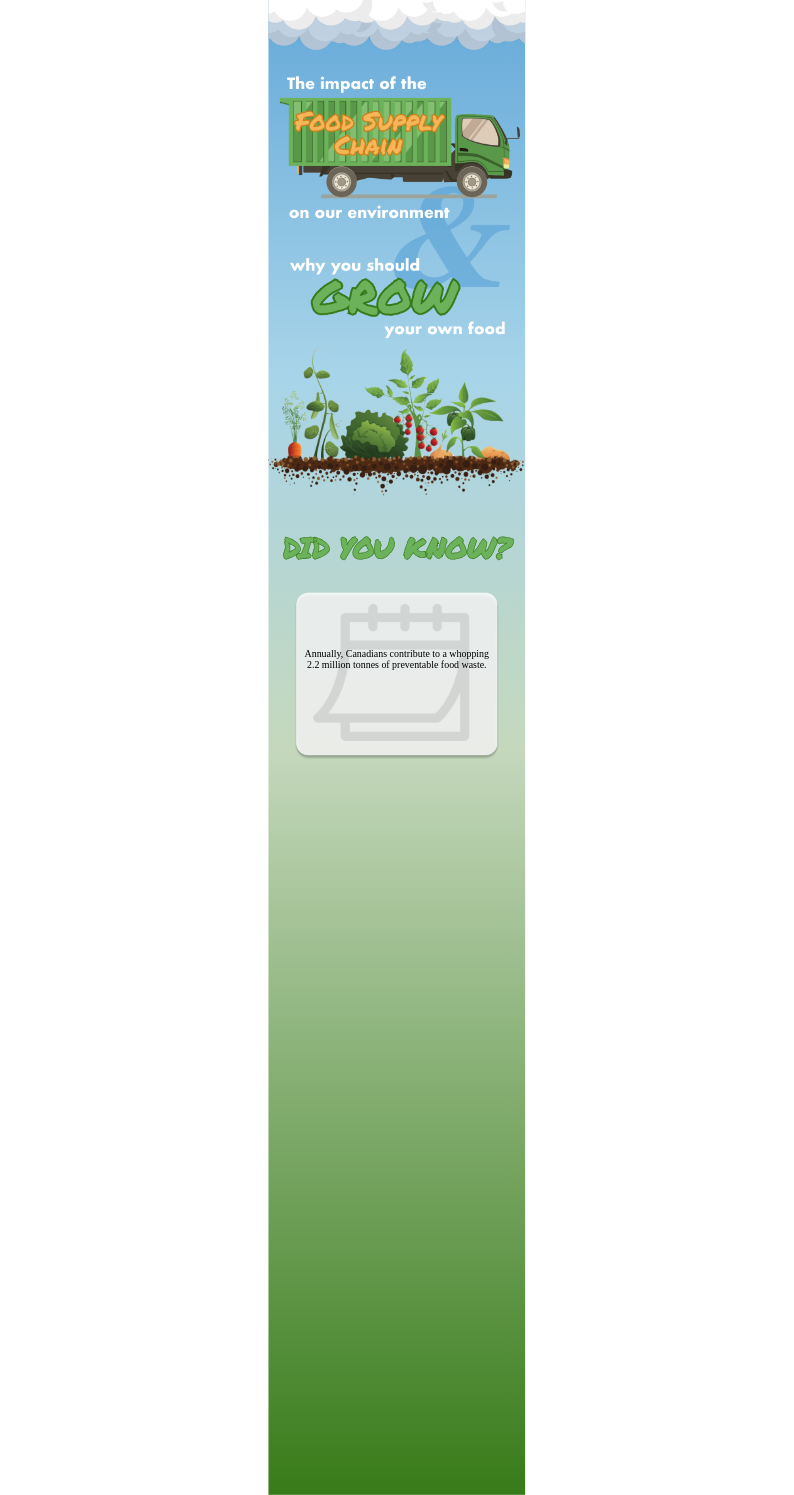
Repository: zoelake/DCDmidterm
Page: page1/index.html
These files come from the project's save history. The page is drawn as it stood at one moment and after the next save; the edit follows.
The browser window is 1280 px wide. The pictures show the whole page, at 62% of full size.

Above is the page before, as saved 2021-03-05 17:21:23.

### page1/index.html
<!DOCTYPE html>
<html lang="en">

<head>
    <meta charset="UTF-8">
    <meta http-equiv="X-UA-Compatible" content="IE=edge">
    <meta name="viewport" content="width=device-width, initial-scale=1.0">
    <title>Midterm project</title>
    <link rel="stylesheet" href="./style.css">
    <link rel="preconnect" href="https://fonts.gstatic.com">
    <link href="https://fonts.googleapis.com/css2?family=Montserrat:wght@300&display=swap" rel="stylesheet">
    <link rel="preconnect" href="https://fonts.gstatic.com">
    <link href="https://fonts.googleapis.com/css2?family=Permanent+Marker&display=swap" rel="stylesheet">
</head>

<body>

    <div id="main">
        <img id="cloud" alt="cloud" src="images/cloud.png">
        <img id="graphic1" alt="garbage truck" src="images/graphic1.png">
        <img id="garden" alt="veggie garden" src="images/garden.png">
        <h2>DID YOU KNOW?</h2>
        <img id="calendar" alt="calendar icon" src="images/calendar.png">
        <p id="calendar-text">Annually, Canadians contribute to a whopping 2.2 million tonnes of preventable food waste.
        </p>

    </div>

</body>

</html>

### page1/style.css
html, body {
  margin:0;
  /* overflow-y: hidden; */
}

body {
  display: flex;
  justify-content: center;
  align-items: center;
}

#main{
  position: relative;
  width: 414px;
  height: 2411px;
  align-self: center;
  background-image: linear-gradient(#65A9D9, #A7D4E9, #C5D8BD, #7EAA6A, #387B19);
}

img{
    width: 100%;
}

h2{
    text-align: center;
    color: #6BB25A;
    -webkit-text-stroke-width: 1px;
    -webkit-text-stroke-color: #367A17;
    font-size: 46px;
    font-family: 'Permanent Marker', cursive;
}

#calendar{
    width: 80%;
    padding: 0 10%;
}

#calendar-text{
    position: relative;
    width: 76%;
    padding: 0 12%;
    text-align: center;
    top: -200px;
    font-family:
    font-size: 18px;
}

After the next save:
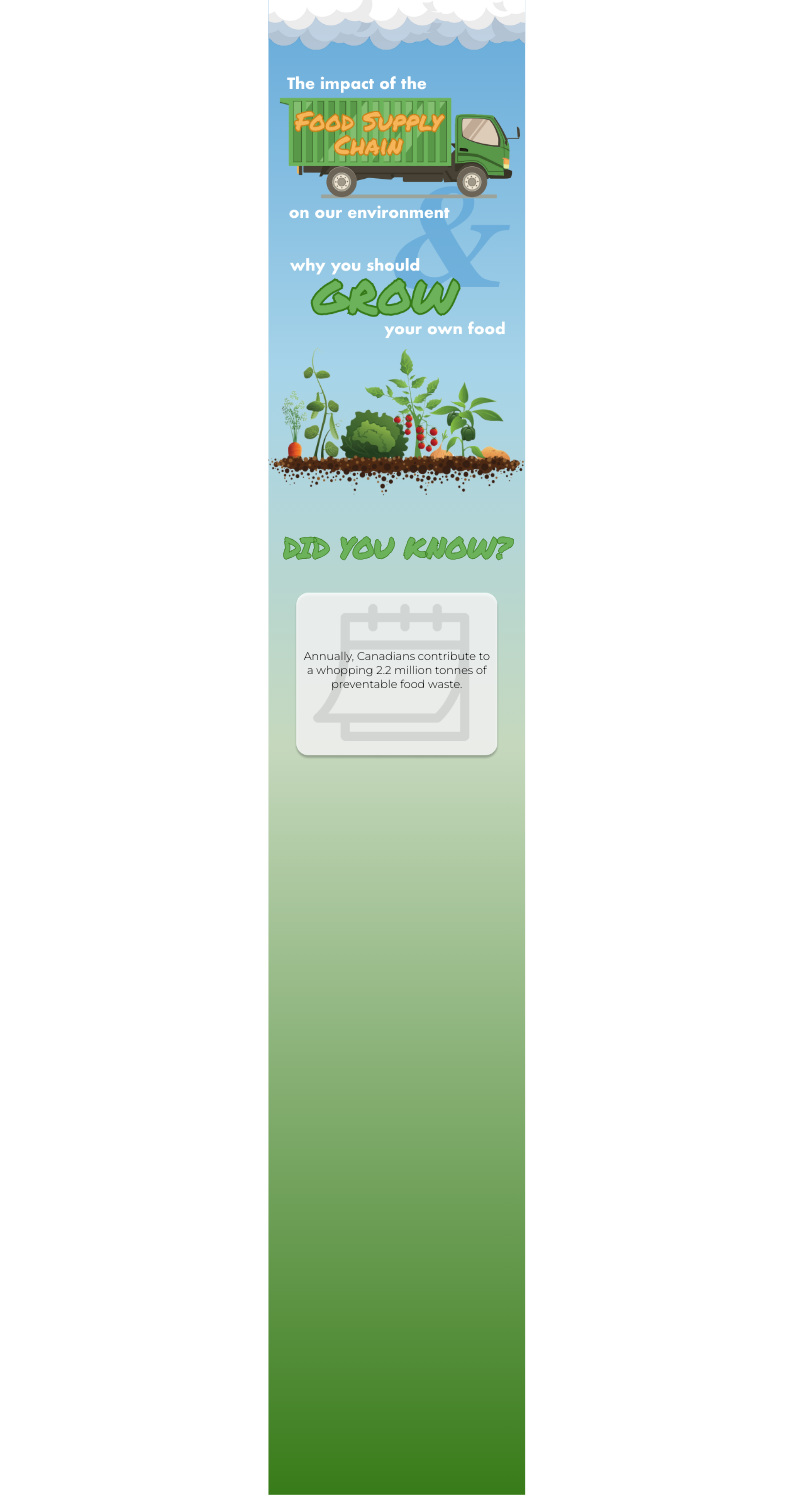
Saved 72 s later.
--- a/page1/style.css
+++ b/page1/style.css
@@ -41,6 +41,6 @@ h2{
     padding: 0 12%;
     text-align: center;
     top: -200px;
-    font-family:
+    font-family: montserrat;
     font-size: 18px;
 }
